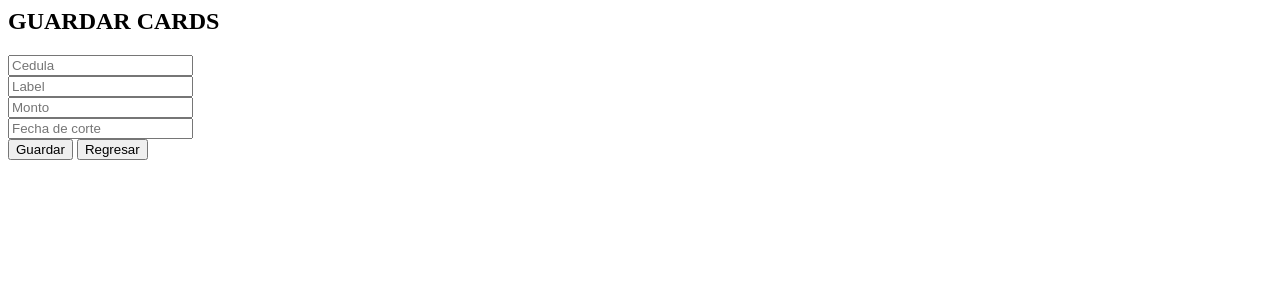
Repository: raalzate/creditcard
Page: CreditCardWeb/src/main/webapp/save.html
An editor plug-in stored every save of this project. The page is shown before and after the next save, followed by the edit.
The browser window is 1280 px wide. The pictures show the whole page.

Above is the page before, as saved 2016-05-27 20:02:57.

After the next save:
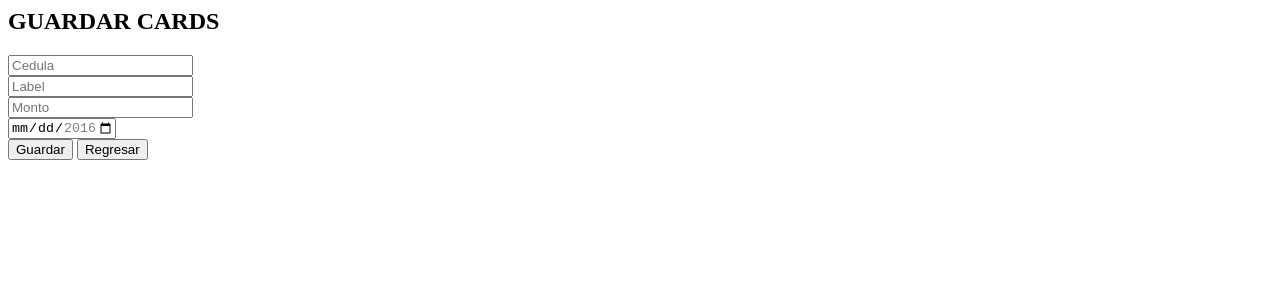
Saved 82 s later.
--- a/CreditCardWeb/src/main/webapp/save.html
+++ b/CreditCardWeb/src/main/webapp/save.html
@@ -3,7 +3,7 @@
 	<input type="text" name="cedula" required placeholder="Cedula" ng-model="cedula"> <br />
 	<input type="text" name="label" required  placeholder="Label" ng-model="label"> <br />
 	<input type="number" name="mount" required placeholder="Monto" ng-model="mount"> <br />
-	<input type="datepicker" name="dateCut" required placeholder="Fecha de corte" ng-model="dateCut"> <br />
+	<input type="date" step="1" min="2016-01-01" max="2016-12-01" name="dateCut" required placeholder="Fecha de corte" ng-model="dateCut"> <br />
 
 	<button name="save" ng-click="guardarCard()">Guardar</button>
 	<button name="return" ng-click="regresar()">Regresar</button>
